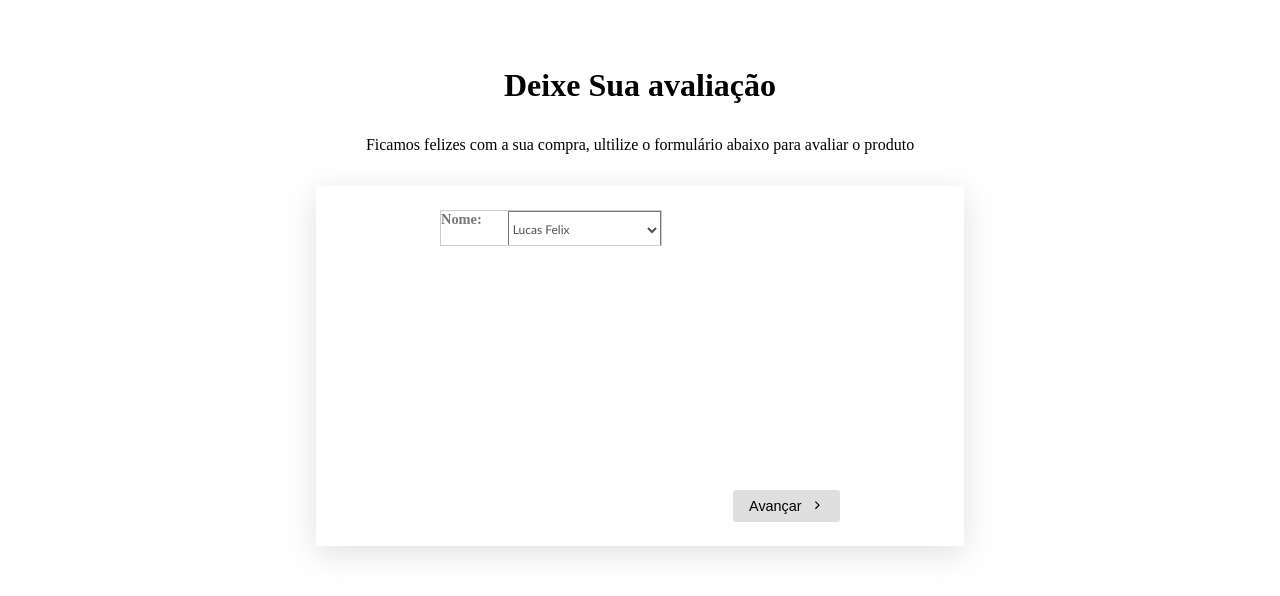
Repository: pheonix5/formulario_stap
Page: /
An editor plug-in stored every save of this project. The page is shown before and after the next save, followed by the edit.
The browser window is 1280 px wide. The pictures show the whole page.
The project was rebuilt for these pictures with package versions that can differ from the ones it lists, and the page was loaded fresh each time. Also part of the build but not shown: vite.config.js, src/components/ReviewForm.css, src/components/ReviewForm.tsx, src/components/Thanks.css, src/components/Thanks.tsx.

Above is the page before, as saved 2023-05-24 21:32:36.

After the next save:
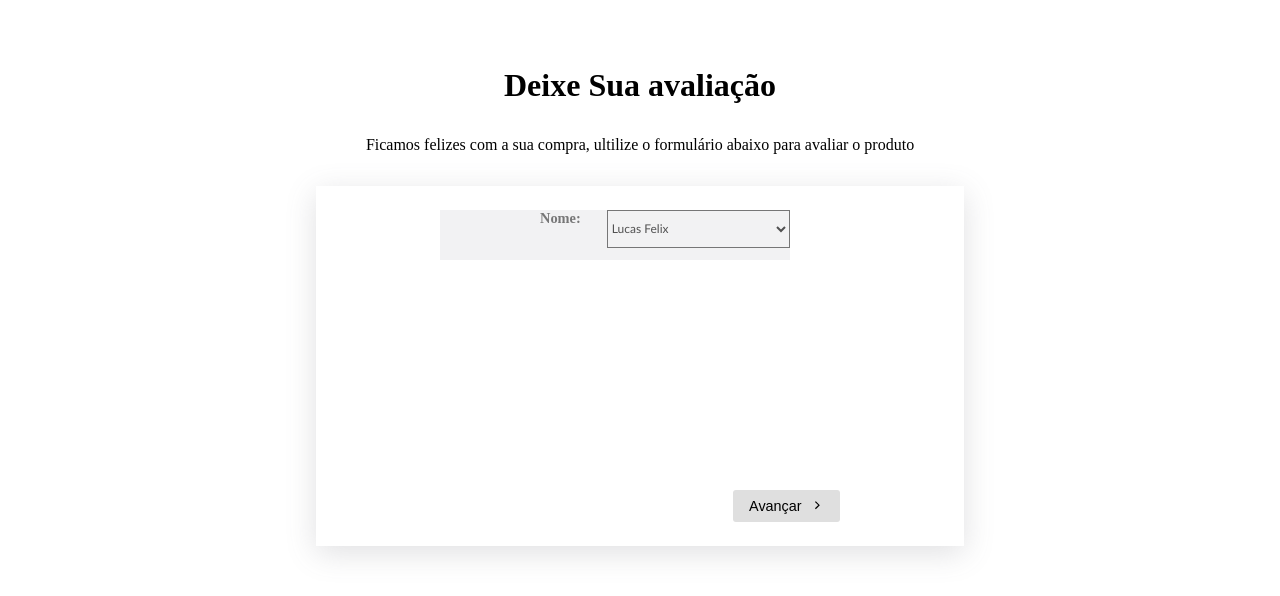
Saved 33 s later.
--- a/src/components/UserForm.css
+++ b/src/components/UserForm.css
@@ -2,11 +2,11 @@
   display: flex;
   flex-direction: row;
   gap: 10px;
-  width: 220px;
-  float: left;
-  height: 34px;
-  overflow: hidden;
-  border: 1px solid #ccc;
+  width: 250px;
+   height: 50px;
+   font-size: 20px;
+   background: #f2f2f3;
+   padding-left: 100px
 }
 
 .select select{
